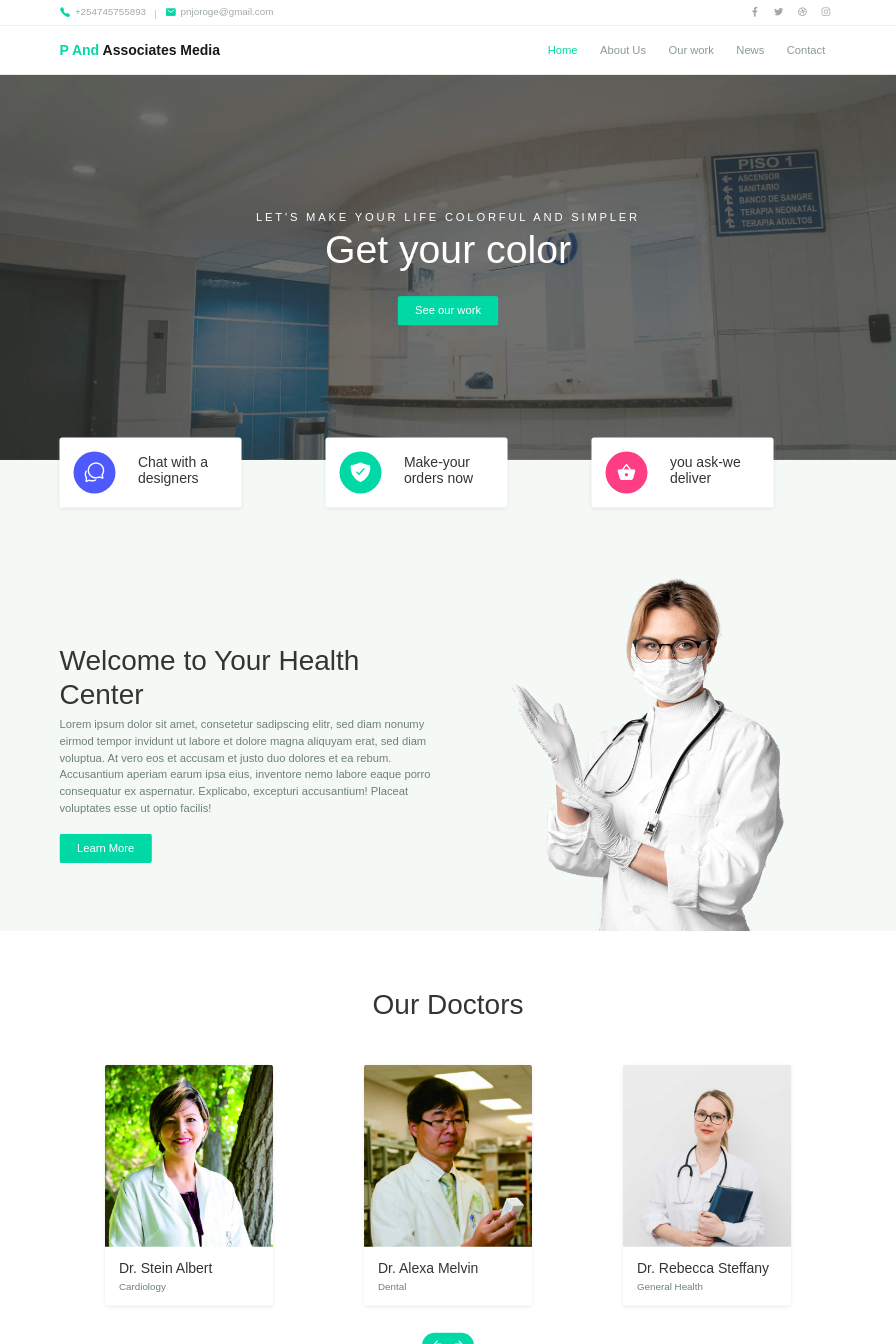
Repository: profbkmurage/myWeb
Page: html/index.html
An editor plug-in stored every save of this project. The page is shown before and after the next save, followed by the edit.
The browser window is 1280 px wide. The pictures show the part of the page from y = 0 to 1920 px (the page is 4153 px tall), at 70% of full size.

Above is the page before, as saved 2023-12-10 15:58:35.

After the next save:
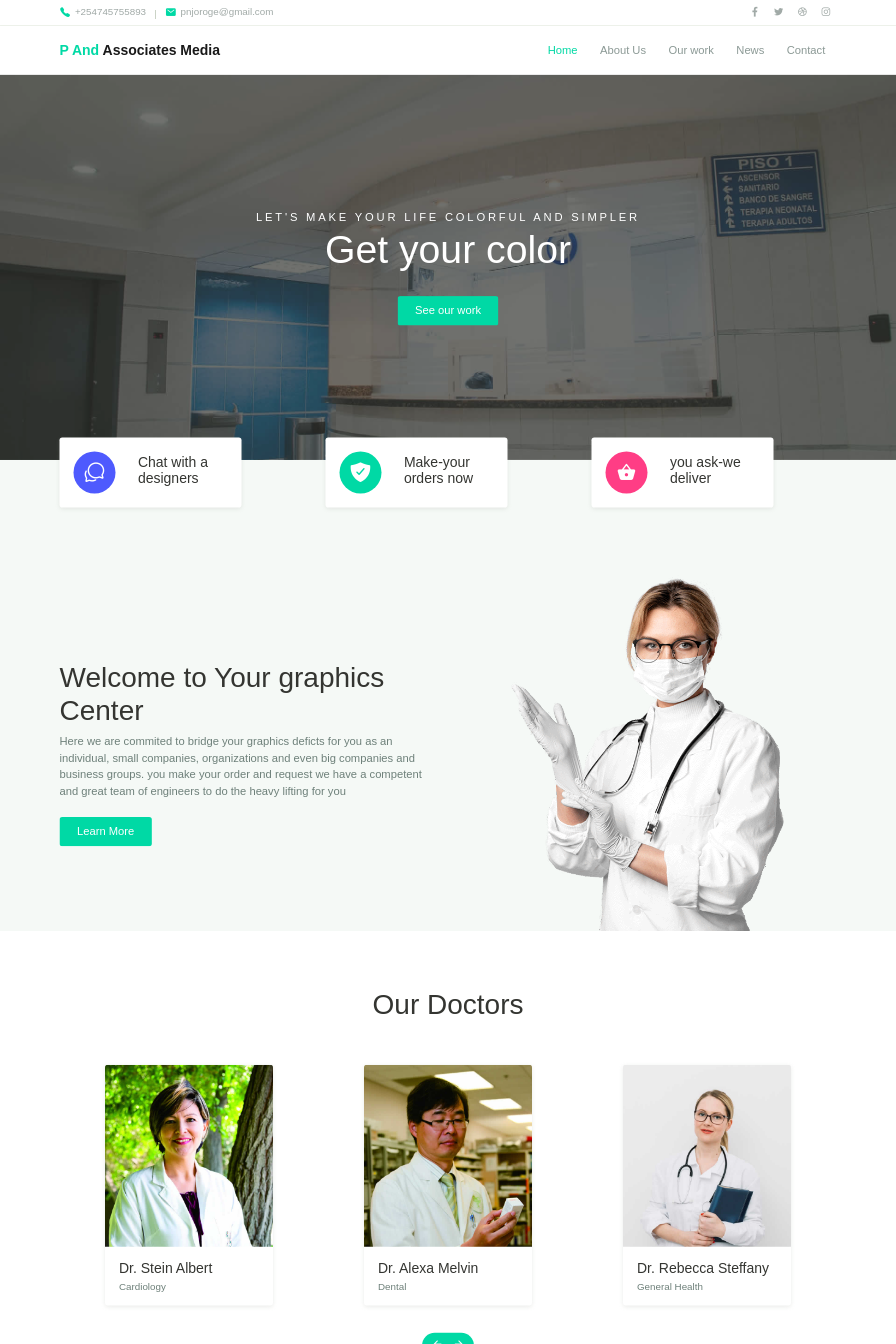
Saved 3 min 3 s later.
--- a/html/index.html
+++ b/html/index.html
@@ -136,8 +136,8 @@
       <div class="container">
         <div class="row align-items-center">
           <div class="col-lg-6 py-3 wow fadeInUp">
-            <h1>Welcome to Your Health <br> Center</h1>
-            <p class="text-grey mb-4">Lorem ipsum dolor sit amet, consetetur sadipscing elitr, sed diam nonumy eirmod tempor invidunt ut labore et dolore magna aliquyam erat, sed diam voluptua. At vero eos et accusam et justo duo dolores et ea rebum. Accusantium aperiam earum ipsa eius, inventore nemo labore eaque porro consequatur ex aspernatur. Explicabo, excepturi accusantium! Placeat voluptates esse ut optio facilis!</p>
+            <h1>Welcome to Your graphics <br> Center</h1>
+            <p class="text-grey mb-4">Here we are commited to bridge your graphics deficts for you as an individual, small companies, organizations and even big companies and business groups. you make your order and request we have a competent and great team of engineers to do the heavy lifting for you</p>
             <a href="about.html" class="btn btn-primary">Learn More</a>
           </div>
           <div class="col-lg-6 wow fadeInRight" data-wow-delay="400ms">
